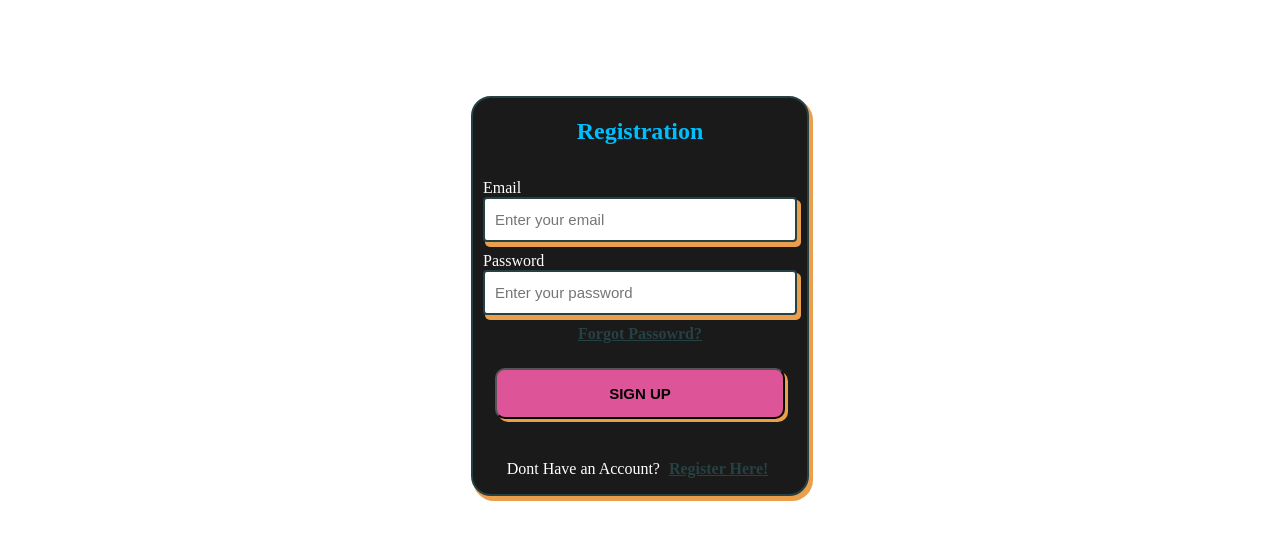
Repository: PeruriNaresh/Bank_Project
Page: http://localhost/bank_project/
An editor plug-in stored every save of this project. The page is shown before and after the next save, followed by the edit.
The browser window is 1280 px wide. The pictures show the whole page.
The page is served by Tomcat 9. Other server files are loaded and not shown.

Above is the page before, as saved 2024-10-24 13:01:17.

### bank_project/src/main/webapp/index.jsp
<%@ page language="java" contentType="text/html; charset=UTF-8"
    pageEncoding="UTF-8"%>
<!DOCTYPE html>
<html>
<head>
<meta charset="UTF-8">
<title>Insert title here</title>
</head>
<style>
/* From Uiverse.io by mi-series */
.container {
  display: flex;
  align-items: center;
  justify-content: center;
  flex-direction: column;
  text-align: center;
}

.form_area {
  margin-top:7%;
  display: flex;
  justify-content: center;
  align-items: center;
  flex-direction: column;
  height: auto;
  width: auto;
  border: 2px solid #264143;
  border-radius: 20px;

  background-color: #1a1a1a;
  color: #fff;
  box-shadow: 3px 4px 0px 1px #E99F4C;
}

.title {
  color: #00bfff;
  font-weight: 900;
  font-size: 1.5em;
  margin-top: 20px;
}



.form_group {
  display: flex;
  flex-direction: column;
  align-items: baseline;
  margin: 10px;
}

.form_style {
  outline: none;
  border: 2px solid #264143;
  box-shadow: 3px 4px 0px 1px #E99F4C;
  width: 290px;
  padding: 12px 10px;
  border-radius: 4px;
  font-size: 15px;
}

.form_style:focus, .btn:focus {
  transform: translateY(4px);
  box-shadow: 1px 2px 0px 0px #E99F4C;
}

.btn {
  padding: 15px;
  margin: 25px 0px;
  width: 290px;
  font-size: 15px;
  background: #DE5499;
  border-radius: 10px;
  font-weight: 800;
  box-shadow: 3px 3px 0px 0px #E99F4C;
}

.btn:hover {
  opacity: .9;
}

.link {
  font-weight: 800;
  color: #264143;
  padding: 5px;
}
</style>
<body>
<div class="container">
    <div class="form_area">
        <p class="title">Registration</p>
        <form action="register">
            <div class="form_group">
                <label class="sub_title" for="email">Email</label>
                <input placeholder="Enter your email" id="email" class="form_style" type="email">
            </div>
            <div class="form_group">
                <label class="sub_title" for="password">Password</label>
                <input placeholder="Enter your password" id="password" class="form_style" type="password">
            </div>
            <a class="link" href="forgotpassword.jsp">Forgot Passowrd?</a>
            <div>
                <button class="btn">SIGN UP</button>
                <p>Dont Have an Account? <a class="link" href="register.jsp">Register Here!</a></p>
              </div>
          </form>
      </div>
</div>
</body>
</html>

After the next save:
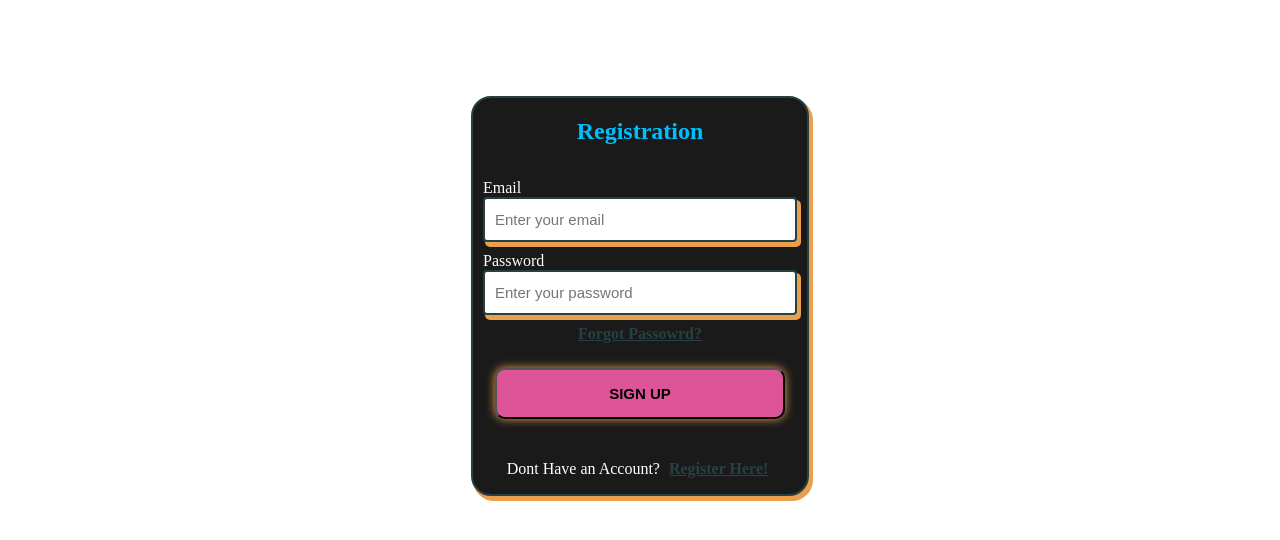
Saved 35 s later.
--- a/bank_project/src/main/webapp/index.jsp
+++ b/bank_project/src/main/webapp/index.jsp
@@ -71,7 +71,7 @@
   background: #DE5499;
   border-radius: 10px;
   font-weight: 800;
-  box-shadow: 3px 3px 0px 0px #E99F4C;
+  box-shadow: 0px 0px 10px #E99F4C;
 }
 
 .btn:hover {
